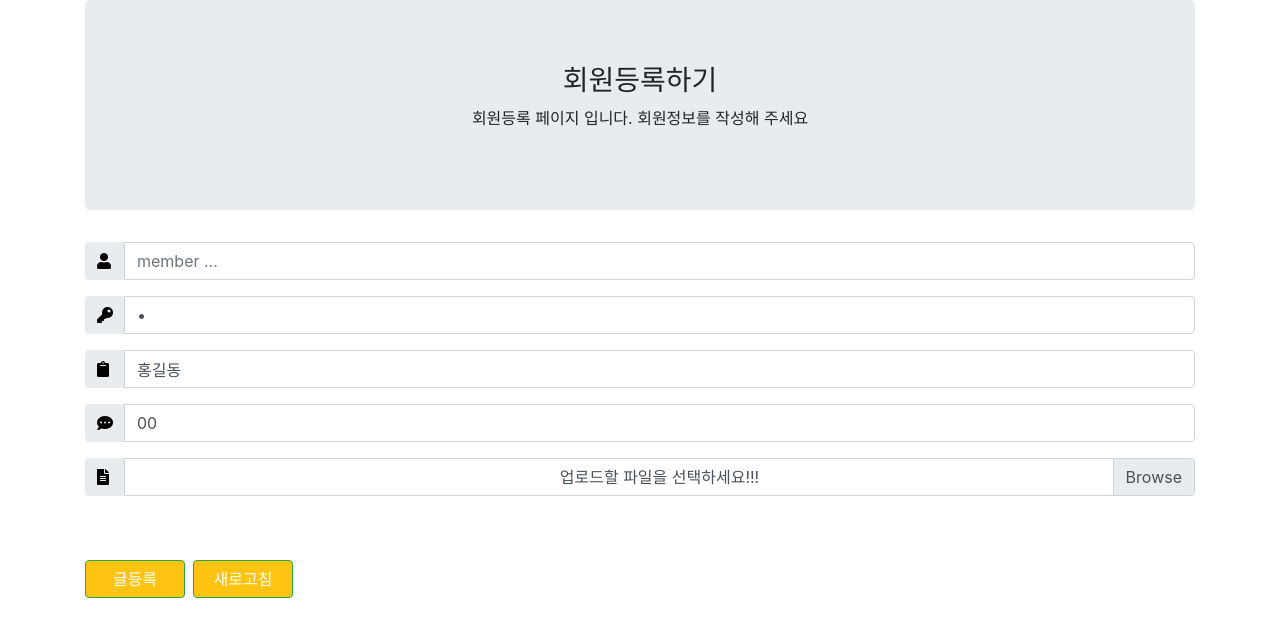
Repository: NoChanJong/JSP
Page: http://localhost/jsp09_board/member/member_write.jsp
These files come from the project's save history. The page is drawn as it stood at one moment and after the next save; the edit follows.
The browser window is 1280 px wide. The pictures show the whole page.
The page is served by Tomcat 9. Other server files are loaded and not shown.

Above is the page before, as saved 2023-05-23 09:33:33.
Console error (its wording comes from the project's code and is left out).

### jsp09_board/WebContent/member/member_write.jsp
<%@page language="java" contentType="text/html; charset=UTF-8" pageEncoding="UTF-8"%>
<!DOCTYPE html>
<html>
<head>
	<meta charset="UTF-8">
	<meta name="viewport" content="width=device-width, initial-scale=1, minimum-scale=1, maximum-scale=1">
  	<link rel="stylesheet" href="https://use.fontawesome.com/releases/v5.7.0/css/all.css"
		integrity="sha384-lZN37f5QGtY3VHgisS14W3ExzMWZxybE1SJSEsQp9S+oqd12jhcu+A56Ebc1zFSJ"
		crossorigin="anonymous">
  	<link href="https://cdn.jsdelivr.net/npm/bootstrap@4.5.2/dist/css/bootstrap.min.css" rel="stylesheet">
  	<script src="https://cdn.jsdelivr.net/npm/bootstrap@4.5.2/dist/js/bootstrap.bundle.min.js"></script>
	<title>회원등록</title>
  	<style>
  		.login-btn {
  			clear: black;
  			background-color: #FFC312;
  			width: 100px;
  		}
  		.login-btn:hover {
  			clear: white;
  			background-color: black;
  		}
  		.input-group-prepend span {
  			color: black;
  			border-left-color: #FFC312;
  			width: 40px;
  			border: 0 !important;
  		}
  	</style>
</head>
<body>
	<div class="container" align="center">
		<div class="jumbotron">
			<h3>회원등록하기</h3>
			<p>회원등록 페이지 입니다. 회원정보를 작성해 주세요</p>
		</div>

		<form action="memberWrite.bo" method="post" class="form-group" name="memberform"
				enctype="multipart/form-data">
			<div class="form-group input-group">
				<div class="input-group-prepend"><span class="input-group-text"><i class="fas fa-user"></i></span></div>
				<input type="text" class="form-control" name="id" id="id" value="" required placeholder="member ...">
			</div>
			<div class="form-group input-group">
				<div class="input-group-prepend"><span class="input-group-text"><i class="fas fa-key"></i></span></div>
				<input type="password" class="form-control" name="pw" id="pw" value="1" required placeholder="password ...">
			</div>
			<div class="form-group input-group">
				<div class="input-group-prepend"><span class="input-group-text"><i class="fas fa-clipboard"></i></span></div>
				<input type="text" class="form-control" name="name" id="name" value="홍길동" required placeholder="name ...">
			</div>
			<div class="form-group input-group">
				<div class="input-group-prepend"><span class="input-group-text"><i class="fas fa-comment-dots"></i></span></div>
				<input type="text" class="form-control" name="age" id="age" value="00" required placeholder="age ...">
			</div>

			<div class="form-group input-group">
				<div class="form-group input-group">
					<div class="input-group-prepend"><span class="input-group-text"><i class="fas fa-file-alt"></i></span></div>
					<div class="custom-file">
						<input type="file" class="custom-file-input" name="file" id="file"/>
						<label for="board_file" class="custom-file-label" style="text-algin:left">업로드할 파일을 선택하세요!!!</label>
					</div>
				</div>

				<div class="form-group mt-md-5">
					<input type="reset" class="btn btn-success float-right login-btn ml-sm-2" value="새로고침"/>
					<input type="submit" class="btn btn-success float-right login-btn" value="글등록"/>
				</div>
			</div>
		</form>
	</div>
</body>
</html>

After the next save:
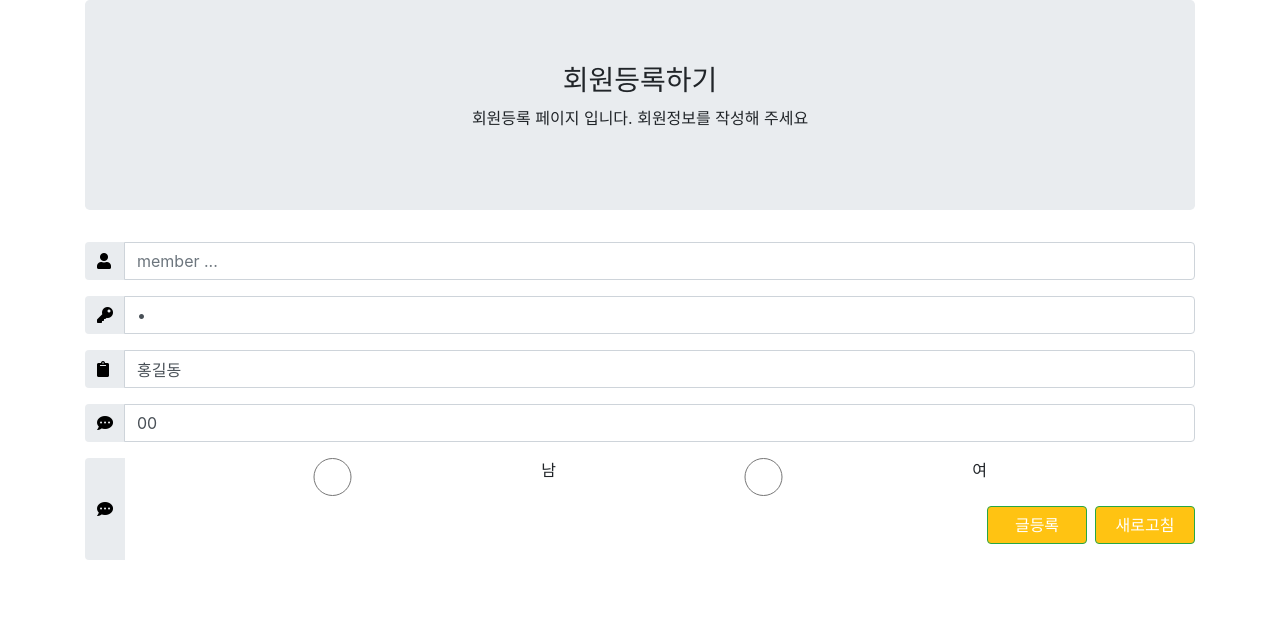
Saved 119 s later.
--- a/jsp09_board/WebContent/member/member_write.jsp
+++ b/jsp09_board/WebContent/member/member_write.jsp
@@ -55,13 +55,9 @@
 			</div>
 
 			<div class="form-group input-group">
-				<div class="form-group input-group">
-					<div class="input-group-prepend"><span class="input-group-text"><i class="fas fa-file-alt"></i></span></div>
-					<div class="custom-file">
-						<input type="file" class="custom-file-input" name="file" id="file"/>
-						<label for="board_file" class="custom-file-label" style="text-algin:left">업로드할 파일을 선택하세요!!!</label>
-					</div>
-				</div>
+				<div class="input-group-prepend"><span class="input-group-text"><i class="fas fa-comment-dots"></i></span></div>
+				<input type="radio" class="form-control" name="gender" id="gender" value="M" required placeholder="age ...">남
+				<input type="radio" class="form-control" name="gender" id="gender" value="F" required placeholder="age ...">여
 
 				<div class="form-group mt-md-5">
 					<input type="reset" class="btn btn-success float-right login-btn ml-sm-2" value="새로고침"/>
